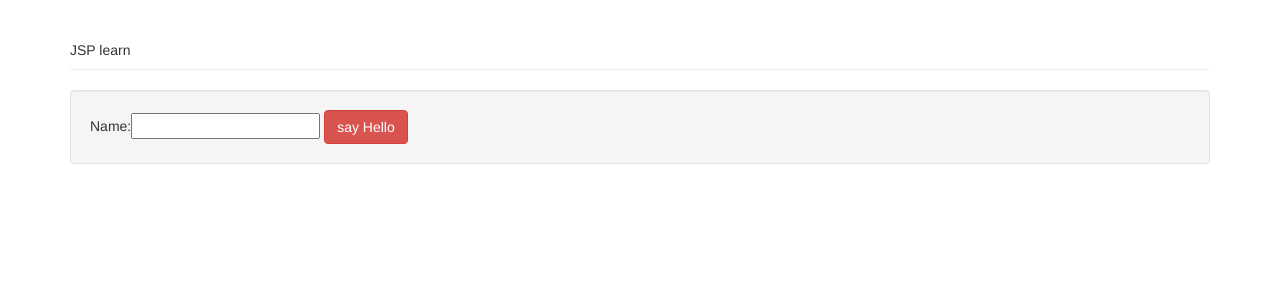
Repository: nagabhushanamn/itc-batch
Page: new/JSP-learn/WebContent/index.html
These files come from the project's save history. The page is drawn as it stood at one moment and after the next save; the edit follows.
The browser window is 1280 px wide. The pictures show the whole page.

Above is the page before, as saved 2017-03-12 09:05:46.

### new/JSP-learn/WebContent/index.html
<!DOCTYPE html>
<html>
<head>
<meta charset="UTF-8">
<title>Insert title here</title>
<link rel="stylesheet" href="css/bootstrap.css">
</head>
<body class="container">

	<div class="page-header">JSP learn</div>

	<div class="well">
		<form action="hello">
			Name:<input name="userName">
			     <input type="submit" value="say Hello" class="btn btn-danger">
		</form>
	</div>

</body>
</html>

Loaded but not shown: new/JSP-learn/WebContent/css/bootstrap.css (library)

After the next save:
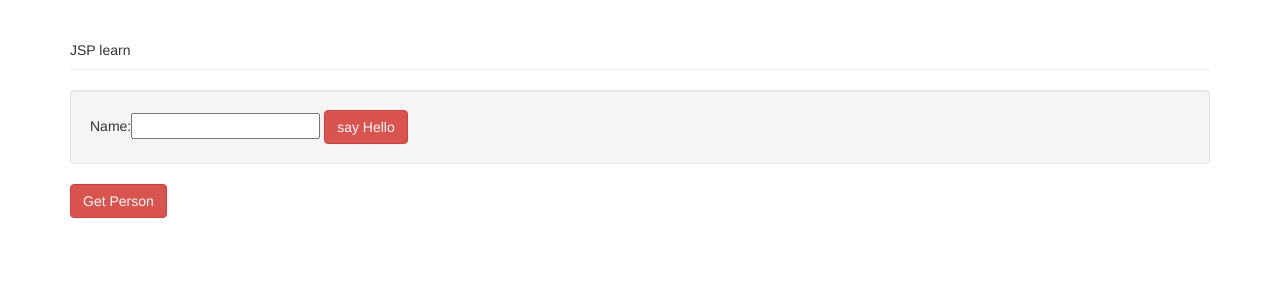
Saved 33 s later.
--- a/new/JSP-learn/WebContent/index.html
+++ b/new/JSP-learn/WebContent/index.html
@@ -16,5 +16,7 @@
 		</form>
 	</div>
 
+	<a href="person" class="btn btn-danger">Get Person</a>
+
 </body>
 </html>
